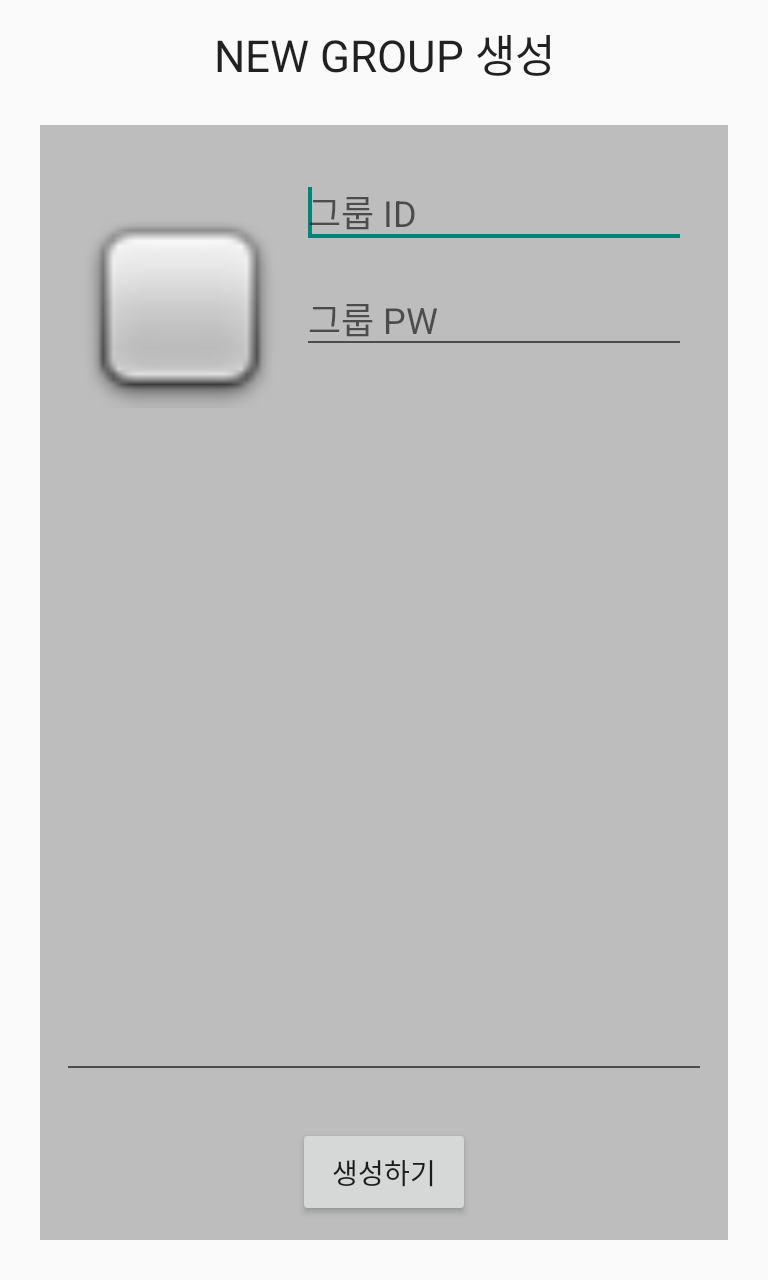
Repository: Hohohohoho/Electree
Layout: Copy of Electree/res/layout/activity_make_group.xml
The author's editor kept a copy of each file at every save. The layout is drawn from the files as they stood at one save, then again after the next save.
It is drawn on a 768 x 1280 px phone screen (xhdpi) without system bars, with theme AppTheme; the app's code is not run.

Above is the layout before, as saved 2014-11-30 10:13:29.

After the next save:
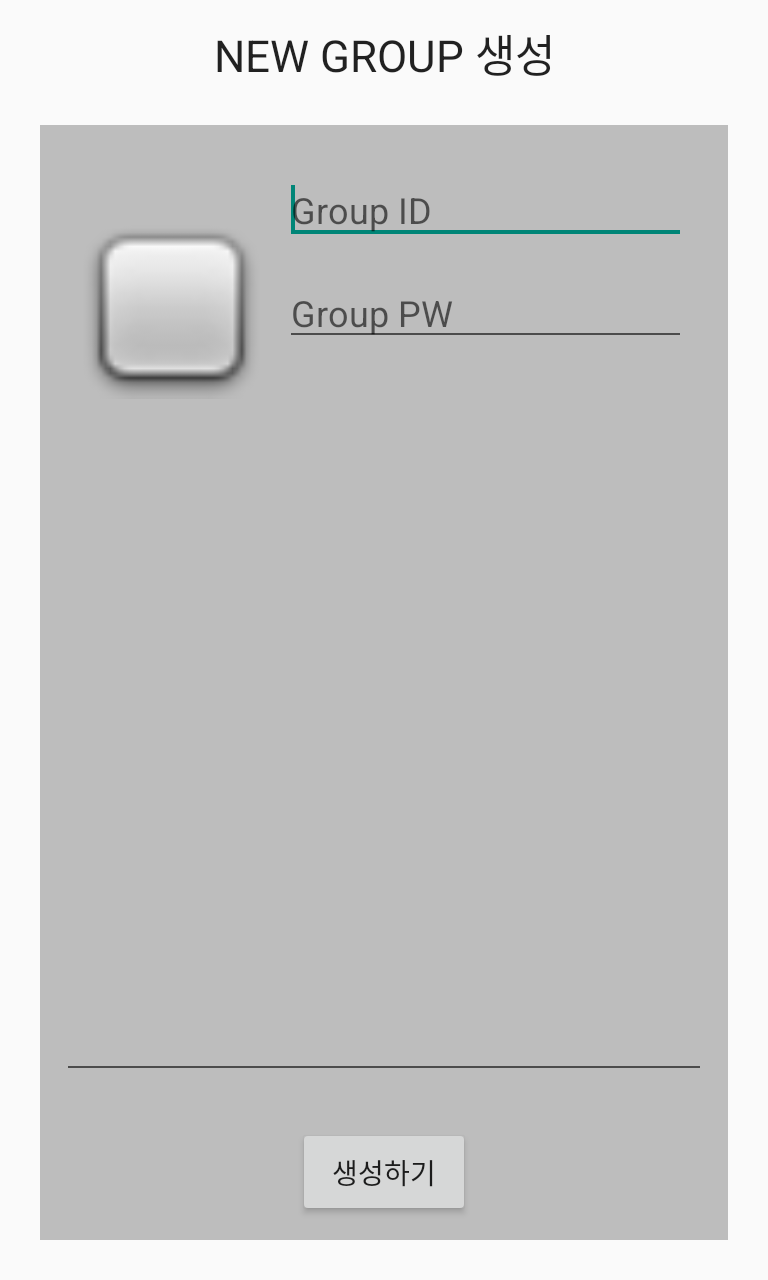
Saved 101 s later.
--- a/Copy of Electree/res/layout/activity_make_group.xml
+++ b/Copy of Electree/res/layout/activity_make_group.xml
@@ -35,14 +35,14 @@
 
                 <ImageView
                     android:id="@+id/newGroupIcon"
-                    android:layout_width="wrap_content"
-                    android:layout_height="fill_parent"
+                    android:layout_width="fill_parent"
+                    android:layout_height="match_parent"
                     android:layout_marginRight="10dp"
-                    android:layout_weight="1"
+                    android:layout_weight="3"
                     android:src="@android:drawable/checkbox_off_background" />
 
                 <LinearLayout
-                    android:layout_width="wrap_content"
+                    android:layout_width="fill_parent"
                     android:layout_height="wrap_content"
                     android:layout_weight="1.5"
                     android:orientation="vertical" >
@@ -53,7 +53,7 @@
                         android:layout_height="fill_parent"
                         android:layout_marginBottom="10dp"
                         android:layout_weight="1"
-                        android:hint="그룹 ID" >
+                        android:hint="Group ID" >
 
                         <requestFocus />
                     </EditText>
@@ -63,7 +63,7 @@
                         android:layout_width="match_parent"
                         android:layout_height="fill_parent"
                         android:layout_weight="1"
-                        android:hint="그룹 PW" />
+                        android:hint="Group PW" />
 
                 </LinearLayout>
             </LinearLayout>
